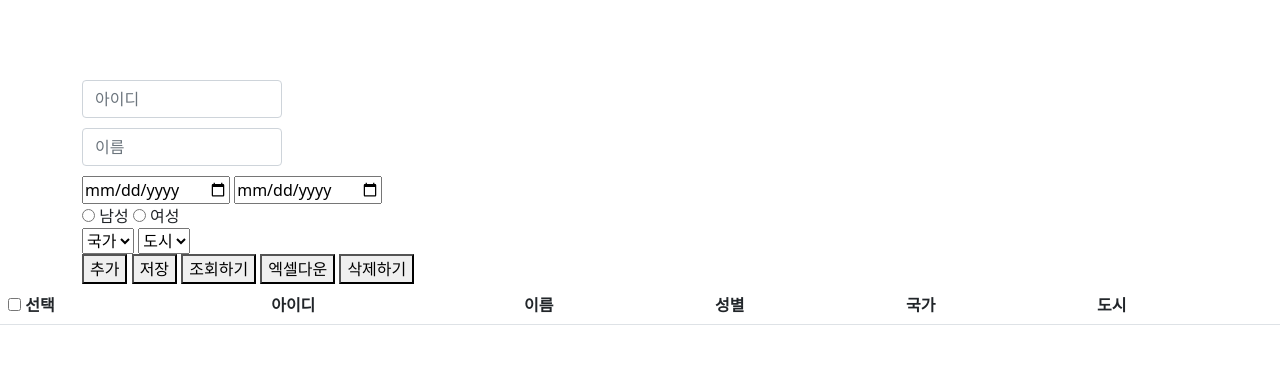
Repository: cactusvibeyjy/miniProject2
Page: http://localhost/test2/WEB-INF/views/home.jsp
The author's editor kept a copy of each file at every save. The page is drawn from the files as they stood at one save, then again after the next save.
The browser window is 1280 px wide. The pictures show the whole page.
The page is served by Tomcat 9. Nobody is signed in. Other server files are loaded and not shown. The template is opened directly, without the code that normally fills it, so the values that code supplies are empty.

Above is the page before, as saved 2023-02-17 05:25:19.

### test2/src/main/webapp/WEB-INF/views/home.jsp
<%@ taglib uri="http://java.sun.com/jsp/jstl/core" prefix="c"%>
<%@ page language="java" contentType="text/html; charset=UTF-8"
	pageEncoding="UTF-8"%>
<%@ page session="false"%>
<html>
<head>
	<meta charset="utf-8">
	<link
			href="https://cdn.jsdelivr.net/npm/bootstrap@5.1.3/dist/css/bootstrap.min.css"
			rel="stylesheet"
			integrity="sha384-1BmE4kWBq78iYhFldvKuhfTAU6auU8tT94WrHftjDbrCEXSU1oBoqyl2QvZ6jIW3"
			crossorigin="anonymous">
	<script
			src="https://cdn.jsdelivr.net/npm/bootstrap@5.1.3/dist/js/bootstrap.bundle.min.js"
			integrity="sha384-ka7Sk0Gln4gmtz2MlQnikT1wXgYsOg+OMhuP+IlRH9sENBO0LRn5q+8nbTov4+1p"
			crossorigin="anonymous">
	</script>
	<script src="https://code.jquery.com/jquery-3.6.3.min.js"></script>
	<script src="https://ajax.googleapis.com/ajax/libs/jquery/3.6.0/jquery.min.js"></script>

	<script src="https://cdnjs.cloudflare.com/ajax/libs/exceljs/4.3.0/exceljs.min.js"></script>
	<script lang="javascript" src="https://cdn.sheetjs.com/xlsx-0.19.2/package/dist/xlsx.full.min.js"></script>

<title>야호</title>

	<style>
		.pop {
			display: none;
			position: fixed;
			top: 0;
			left: 0;
			z-index: 100;
			width: 100%;
			height: 100%;
			background: rgba(0, 0, 0, .5);
		}
		.pop.on{
			display: block;
		}

		.pop .info {
			overflow-y: auto;
			position: absolute;
			top: 50%;
			left: 50%;
			transform: translate(-50%, -50%);
			width: 800px;
			height: 330px;
			max-height: 92%;
			margin: 0 auto;
			background: #fff;
			border-radius: 5px;
			padding: 10px;
		}

		.pop .info table {
			width: 100%;
			border: 1px solid #ddd;
		}

		.pop .info table tr th ,
		.pop .info table tr td {
			height: 50px;
			padding-left: 10px;
			vertical-align: middle;
			border: 1px solid #ddd;
		}

		.pop .info table tr td input[type=text] ,
		.pop .info table tr td select {
			width: 40%;
			height: 40px;
			padding: 0 15px;
			border: 1px solid #ddd;
			border-radius: 3px;
			outline: none;
		}

		.pop .info .bottom {

		}
		.pop .info .bottom .button_area {
			text-align: center;
			margin-top: 10px;
		}

	</style>

</head>
<body>
	<h2></h2>

	<div class="container" style= "margin-top: 80px">
		<div>
			<input type="text" id="memberId" placeholder="아이디" class="form-control" value=""
			style= "width: 200px; margin-bottom:10px"/>
			<input type="text" id="memberNm" placeholder="이름" class="form-control"
			style= "width: 200px; margin-bottom:10px"/>
		</div>
		<div>
			<input type="date" name="startDate" id="startDate" />
			<input type="date" name="endDate" id="endDate" />
		</div>
		<div class="">
			<input type="radio" name="sex" id="sexM" value="male" onchange="fn_list()"  />
			<label for="sexM">남성</label>
			<input type="radio" name="sex" id="sexF" value="female" onchange="fn_list()" />
			<label for="sexF">여성</label>
		</div>

		<select name="country" id="country" onchange="Change(this,'city')">
			<option value="none" selected>국가</option>
			<option value="a">한국</option>
			<option value="b">미국</option>
			<option value="c">중국</option>
			<option value="d">일본</option>
		</select>
		<select id="city">
			<option value="none" selected>도시</option>
		</select>
		<br>
		<div class="button">
			<button class="registerButton clickedButton" onclick="fn_addRow(this)">
				<span>추가</span> <i class="zmdi zmdi-arrow-right"></i>
			</button>
			<button class="registerButton clickedButton" onclick="fn_save('s')">
				<span>저장</span> <i class="zmdi zmdi-arrow-right"></i>
			</button>
			<button class="searchButton clickedButton" onclick="fn_list()">
				<span>조회하기</span> <i class="zmdi zmdi-arrow-right"></i>
			</button>
			<button class="excelButton clickedButton" onclick="fn_excel()">
				<span>엑셀다운</span> <i class="zmdi zmdi-arrow-right"></i>
			</button>
			<button class="deleteButton" onclick="fn_delete()">
				<span>삭제하기</span> <i class="zmdi zmdi-arrow-right"></i>
			</button>
		</div>
	</div>
	<table class="table table-striped">
		<thead>
			<tr>
				<th scope="col">
					<input type="checkbox" id="allCheck" onchange="fn_allCheck(this)" />
					<label for="allCheck">선택</label>
				</th>
				<th scope="col">아이디</th>
				<th scope="col">이름</th>
				<th scope="col">성별</th>
				<th scope="col">국가</th>
				<th scope="col">도시</th>
			</tr>
		</thead>
		<tbody id="data_tbody">

		</tbody>
	</table>
<input type="hidden" id="modifyId" />

<div class="pop">
	<div class="info">

		<table>
			<colgroup>
				<col style="width: 20%;">
				<col style="width: 80%;">
			</colgroup>
			<tbody>
			<tr>
				<th>아이디</th>
				<td><input type="text" id="mMemberId" /></td>
			</tr>
			<tr>
				<th>이름</th>
				<td><input type="text" id="mMemberNm" /></td>
			</tr>
			<tr>
				<th>성별</th>
				<td>
					<input type="radio" name="mSex" id="mMale" value="male" />
					<label for="mMale">남</label>
					<input type="radio" name="mSex" id="mFemale" value="female" />
					<label for="mFemale">여</label>
				</td>
			</tr>
			<tr>
				<th>국가</th>
				<td>
					<select id="mCountry" onchange="Change(this,`mCity`)">
						<option value="none" selected>국가</option>
						<option value="a">한국</option>
						<option value="b">미국</option>
						<option value="c">중국</option>
						<option value="d">일본</option>
					</select>
				</td>
			</tr>
			<tr>
				<th>도시</th>
				<td>
					<select id="mCity"></select>
				</td>
			</tr>
			</tbody>
		</table>

		<div class="bottom">
			<div class="button_area">
				<button type="button" onclick="fn_save('m')">저장</button>
				<button type="button" onclick="fn_hide()">닫기</button>
			</div>
		</div>
	</div>
</div>


</body>
<script type="text/javascript">
$(function () {

})

var fn_hide = function () {
	$('.pop.on').removeClass('on');
}

var fn_addRow = function () {

    if($('#sMemberId').length > 0) {
        return alert('아직 작업중인 row 가 있습니다.\n작업 완료 후 추가하세요.');
    }

	var addTr = '<tr>';
    addTr += '<td></td>';
    addTr += '<td><input id="sMemberId" /></td>';
    addTr += '<td><input id="sMemberNm" /></td>';
    addTr += '<td>';
    addTr += '  <input type="radio" name="sSex" id="sMale" value="male" checked/><label for="sMale">남</label>';
    addTr += '  <input type="radio" name="sSex" id="sFemale" value="female"/><label for="sFemale">여</label>';
    addTr += '</td>';
    addTr += '<td>';
    addTr += '  <select name="country" id="sCountry" onchange="Change(this,`sCity`)">';
    addTr += '      <option value="none" selected>국가</option>';
    addTr += '      <option value="a">한국</option>';
    addTr += '      <option value="b">미국</option>';
    addTr += '      <option value="c">중국</option>';
    addTr += '      <option value="d">일본</option>';
    addTr += '  </select>';
    addTr += '</td>';
    addTr += '<td>';
    addTr += '  <select id="sCity">';
    addTr += '      <option value="none" selected>도시</option>';
    addTr += '  </select>';
    addTr += '</td>';
    addTr += '</tr>';
    $('#data_tbody').prepend(addTr);

}

// 초기화
var fn_reset = function () {

    $('#memberId , #memberNm , #modifyId').val('');

    // 날짜 오늘날짜로 셋팅
    var date = new Date();
    var month = date.getMonth().toString().length===1 ? '0'+(date.getMonth()+1) : date.getMonth();
    $('input[type=date]').val(date.getFullYear() +'-'+ month + '-' + date.getDate());

    $('#sexM').prop('checked',true);

    $('#country').val('none');
	$('#city').empty().append('<option value="none" selected>도시</option>');
}

// 목록
var fn_list = function () {
    var param = {};
    param.memberId  = $('#memberId').val();
    param.memberNm  = $('#memberNm').val();
    param.startDate = $('#startDate').val().replaceAll('-','');
    param.endDate   = $('#endDate').val().replaceAll('-','');
    param.sex       = $('input[name=sex]:checked').val();
    param.country   = $('#country').val();
    param.city      = $('#city').val();

    $.ajax({
        url	:'/member/list.json',
        type:'POST',
        data:param,
        success: function(res) {

            $('#data_tbody').empty();

            for(var data of res) {
                var html = '<tr>';
                html += '<td><input data-id="'+data.memberId+'" type="checkbox"></td>';
                html += '<td ondblclick="fn_detail(`'+data.memberId+'`)">'+data.memberId+'</td>';
                html += '<td>'+data.memberNm+'</td>';
                html += '<td>'+data.sex+'</td>';
                html += '<td>'+data.country+'</td>';
                html += '<td>'+data.city+'</td>';
                html += '</tr>';
                $('#data_tbody').append(html);
            }

        }
    });
}

// 상세
var fn_detail = function (memberId) {
    $('.pop').addClass('on');

    $.ajax({
        url	:'/member/detail.json',
        type:'POST',
        data:{memberId : memberId},
	    success: function(res) {

            $('#mMemberId').val(res.memberId);
            $('#mMemberNm').val(res.memberNm);

            res.sex === 'male' ? $('#mMale').prop('checked',true) : $('#mFemale').prop('checked',true);

            $('#mCountry').val(res.country).trigger('change');
            $('#mCity').val(res.city);

        }
    });
}

// 저장
var fn_save = function (flag) {

	var param = {};
	param.memberId  = $('#'+flag+'MemberId').val();
	param.memberNm  = $('#'+flag+'MemberNm').val();
    param.country   = $('#'+flag+'Country').val();
    param.city      = $('#'+flag+'City').val();

    var url = 'insert.json';
	if(flag === 'm') {
        param.sex       = $('input[name=mSex]:checked').val();
        param.modifyId  = param.memberId;
        url             = 'update.json';
	} else {
        if($('#sMemberId').length < 1) {
            return alert('[추가]버튼 클릭 후 작업하세요.');
        }
        param.sex       = $('input[name=sSex]:checked').val();
	}

	if(param.memberId === '') {
	    return alert('아이디를 입력해주세요.');
	}
	if(param.memberNm === '') {
	    return alert('이름을 입력해주세요.');
	}
	if(param.country === 'none') {
	    return alert('국가를 선택해주세요.');
	}
	if(param.city === 'none') {
	    return alert('도시를 선택해주세요.');
	}

    $.ajax({
        url	:'/member/'+url,
        type:'POST',
        data:param,
	    success: function(res) {
	        if(res === 1) {
                fn_list();
                if(flag === 'm') {
                    fn_hide()
                }
	            return alert('저장되었습니다.');
	        }
        }
    });
}

// 삭제
var fn_delete = function () {

    var param = {} , memberIdArr = [];

    if($('#data_tbody input[type=checkbox]:checked').length < 1) {
        return alert('삭제 할 데이터를 선택해주세요.');
    }
    $('#data_tbody input[type=checkbox]:checked').each(function(i,t) {
        memberIdArr.push($(t).data('id'));
    })
    param.memberIdArr = memberIdArr;

    $.ajax({
        url	:'/member/delete.json',
        type:'POST',
        data:JSON.stringify(param),
        contentType : 'application/json',
	    success: function(res) {
            if(res > 0) {
                fn_list();
                return alert('삭제 되었습니다.');
            }
        }
    });

}

// 전체선택
var fn_allCheck = function (tag) {
	if($(tag).is(':checked')) {
        $('#data_tbody input[type=checkbox]').prop('checked',true);
	} else {
        $('#data_tbody input[type=checkbox]').prop('checked',false);
	}
}

// 엑셀
var fn_excel = function () {
    var wb = XLSX.utils.table_to_book(document.getElementById('data_tbody'), {sheet:"시트명",raw:true});
    XLSX.writeFile(wb, ('파일명.xlsx'));
}

var Change = function (tag , target) {
	var city_z = [ "none" ];
	var city_a = [ "서울", "부산", "창원", "경주","대구","대전", "통영" ];
	var city_b = [ "NYC", "LA", "Pheonix", "Tucson", "Litiz", "Lafayette" ];
	var city_c = [ "베이징", "상하이", "광저우", "청두", "우한", "톈진" ];
	var city_d = [ "도쿄", "오사카", "삿포로", "교토", "후쿠오카", "고베" ];

	var targetTag = document.getElementById(target);

	var d = '';
	switch (tag.value) {
		case 'a': d = city_a; break;
		case 'b': d = city_b; break;
		case 'c': d = city_c; break;
		case 'd': d = city_d; break;
		default:  d = city_z;
    }
    targetTag.options.length = 0;

	for (var x in d) {
		var opt = document.createElement("option");
		opt.value = d[x];
        opt.innerHTML = d.length > 1 ? d[x] : '도시';
        targetTag.appendChild(opt);
	}
}
</script>
</html>

After the next save:
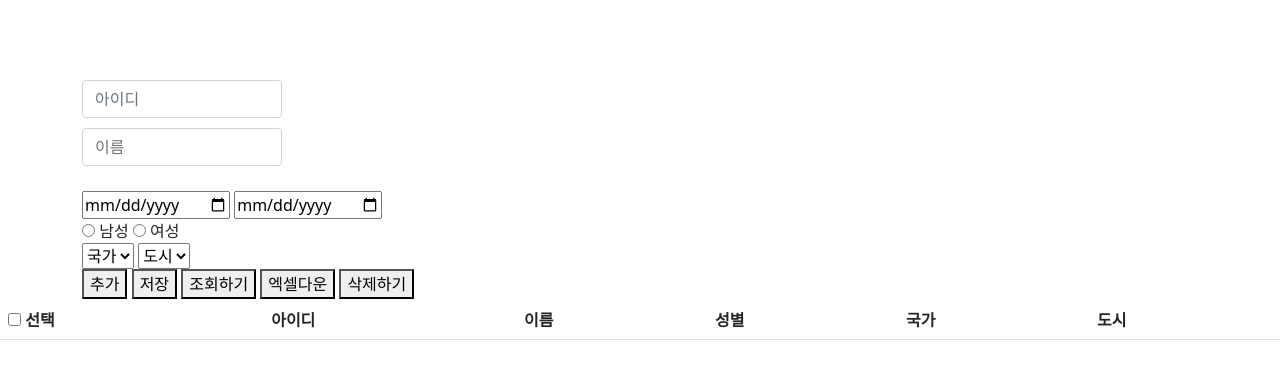
Saved 42 s later.
--- a/test2/src/main/webapp/WEB-INF/views/home.jsp
+++ b/test2/src/main/webapp/WEB-INF/views/home.jsp
@@ -97,7 +97,7 @@
 			<input type="text" id="memberNm" placeholder="이름" class="form-control"
 			style= "width: 200px; margin-bottom:10px"/>
 		</div>
-		<div>
+		<div class="daterange" style= "margin-top: 25px">
 			<input type="date" name="startDate" id="startDate" />
 			<input type="date" name="endDate" id="endDate" />
 		</div>
